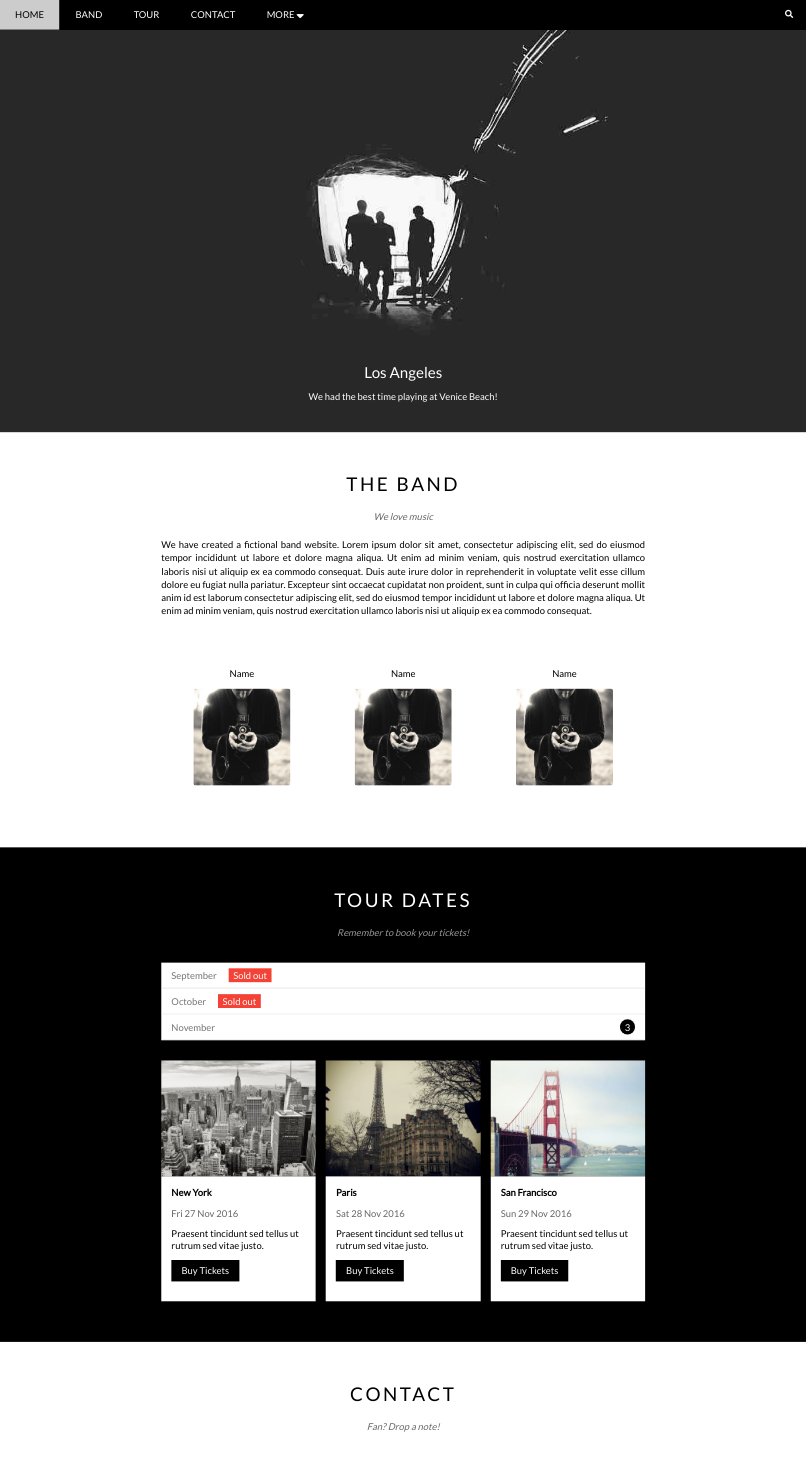
Repository: nguyenthaicong265/w3-band
Page: index.html
These files come from the project's save history. The page is drawn as it stood at one moment and after the next save; the edit follows.
The browser window is 1280 px wide. The pictures show the whole page, at 63% of full size.

Above is the page before, as saved 2021-12-29 17:18:32.

After the next save:
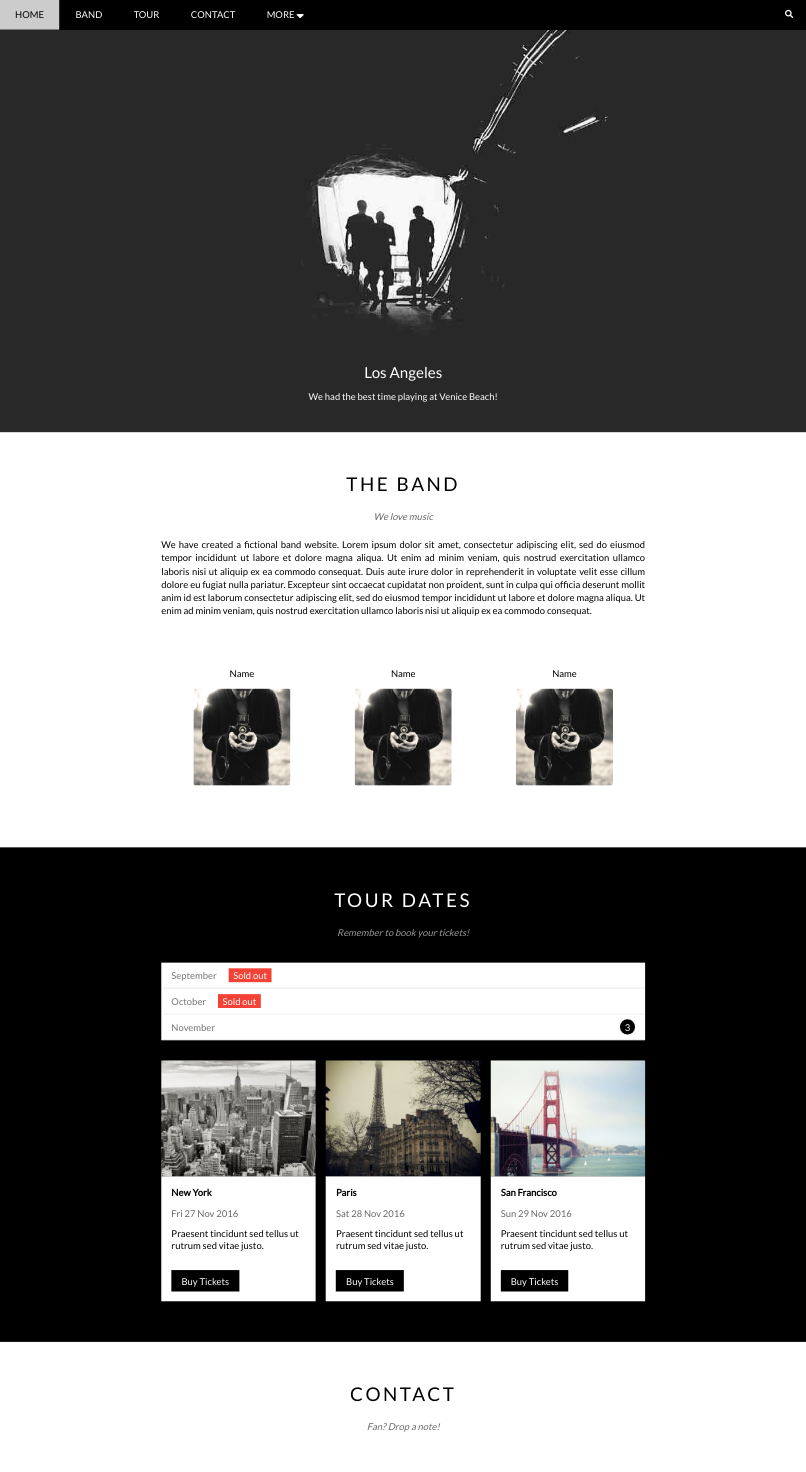
Saved 10 s later.
--- a/assets/css/styles.css
+++ b/assets/css/styles.css
@@ -265,7 +265,7 @@ html {
     background-color: #000;
     text-decoration: none;
     padding: 8px 16px;
-    margin-bottom: 16px;
+    margin-top: 16px;
 }
 
 .place-buy-ticket:hover {
